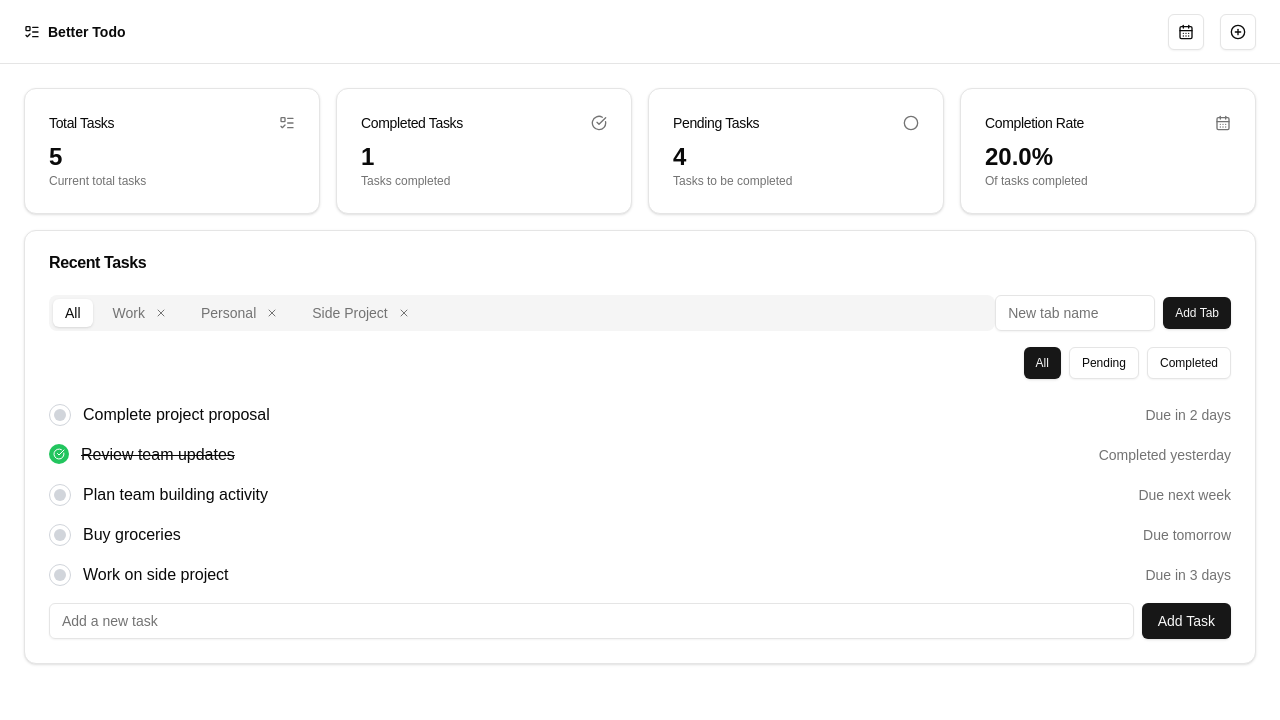
Repository: malikbarbier7/better-todo
Page: /dashboard
The author's editor kept a copy of each file at every save. The page is drawn from the files as they stood at one save, then again after the next save.
The browser window is 1280 px wide. The pictures show the whole page.
The project was rebuilt for these pictures with package versions that can differ from the ones it lists, and the page was loaded fresh each time. The framework's server and built-in components were replaced by stand-ins that run in the browser. Also part of the build but not shown: next.config.js, next.config.mjs.

Above is the page before, as saved 2024-10-04 10:42:44.

After the next save:
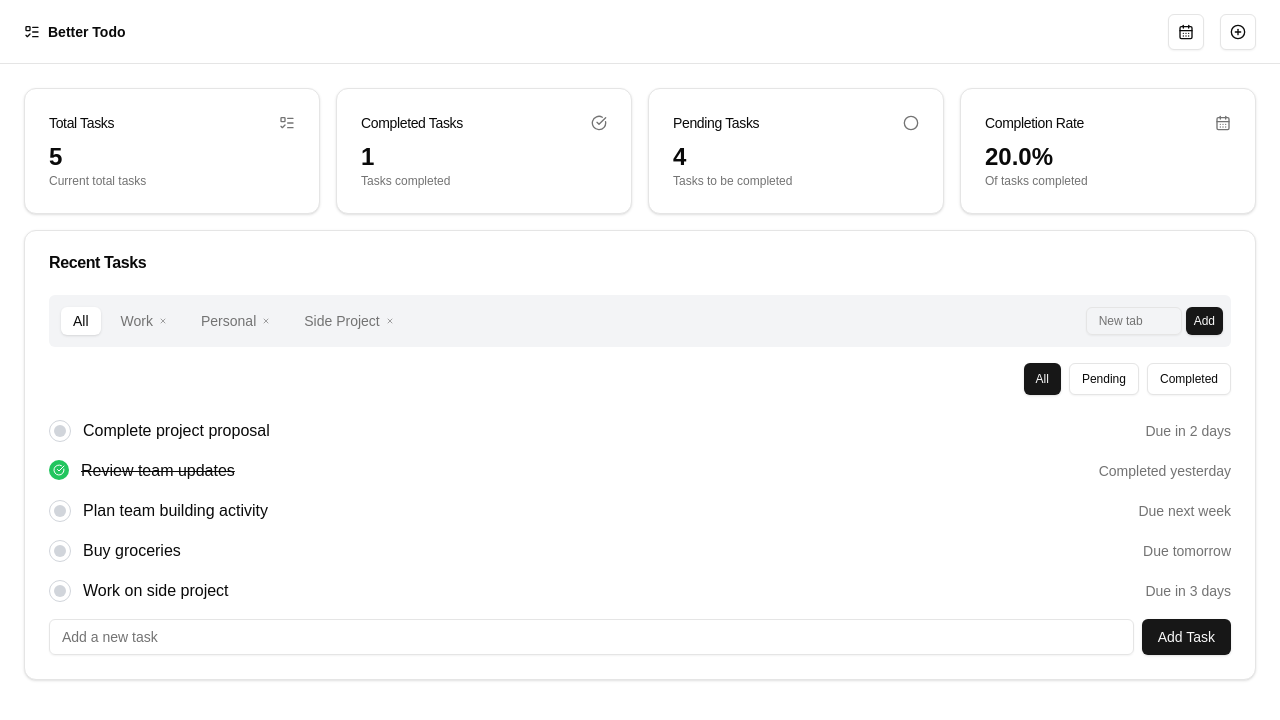
Saved 98 s later.
--- a/components/dashboard.tsx
+++ b/components/dashboard.tsx
@@ -177,36 +177,36 @@ export function Dashboard() {
           <CardContent>
             <Tabs value={activeTab} onValueChange={setActiveTab} className="w-full">
               <div className="flex flex-col">
-                <div className="mb-4 flex justify-between items-center">
-                  <TabsList className="flex-grow flex flex-wrap justify-start">
+                <div className="mb-4 flex justify-between items-center bg-gray-100 p-2 rounded-md">
+                  <TabsList className="flex-grow flex flex-wrap justify-start bg-transparent">
                     {tabs.map((tab) => (
-                      <TabsTrigger key={tab} value={tab} className="mr-2 mb-2">
+                      <TabsTrigger key={tab} value={tab} className="mr-2 mb-1 text-sm">
                         {tab}
                         {tab !== 'All' && (
                           <Button
                             variant="ghost"
                             size="icon"
-                            className="ml-2 h-4 w-4"
+                            className="ml-1 h-3 w-3"
                             onClick={(e) => {
                               e.stopPropagation()
                               handleRemoveTab(tab)
                             }}
                           >
-                            <X className="h-3 w-3" />
+                            <X className="h-2 w-2" />
                           </Button>
                         )}
                       </TabsTrigger>
                     ))}
                   </TabsList>
-                  <div className="flex items-center space-x-2">
+                  <div className="flex items-center space-x-1 ml-2">
                     <Input
-                      placeholder="New tab name"
+                      placeholder="New tab"
                       value={newTabName}
                       onChange={(e) => setNewTabName(e.target.value)}
-                      className="w-40"
+                      className="w-24 h-7 text-xs"
                     />
-                    <Button onClick={handleAddTab} size="sm">
-                      Add Tab
+                    <Button onClick={handleAddTab} size="sm" className="h-7 text-xs px-2">
+                      Add
                     </Button>
                   </div>
                 </div>
